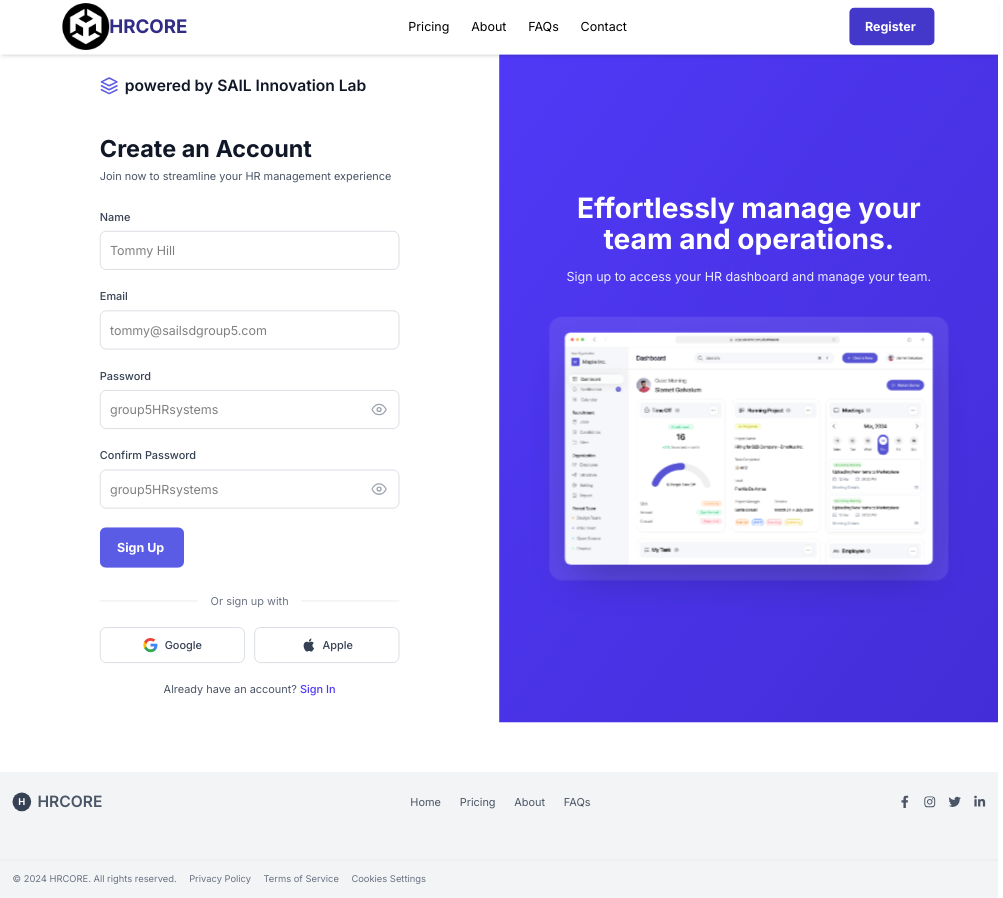
Repository: SAIL-GROUP-5-HR-WEB-APP/HR-WEB
Page: /signup
The author's editor kept a copy of each file at every save. The page is drawn from the files as they stood at one save, then again after the next save.
The browser window is 1280 px wide. The page is 1280 px wide, then 1286 px, then 1280 px, so the pictures cover 1286 px, including what lies to the right of the window. The pictures show the whole page, at 78% of full size.
The project was rebuilt for these pictures with package versions that can differ from the ones it lists, and the page was loaded fresh each time. Also part of the build but not shown: vite.config.ts, src/Components/Block/home/Hero.tsx, src/Components/Block/home/Companies.tsx, src/Components/Block/home/Body.tsx, src/Components/Block/home/HowItWorks.tsx, src/Components/Block/home/HowOne.tsx, src/Components/Block/home/HowTwo.tsx, src/Components/Block/home/Testimonial.tsx and 8 more.

Above is the page before, as saved 2025-08-09 17:16:39.

### index.html
<!DOCTYPE html>
<html lang="en">
  <head>
    <meta charset="UTF-8" />
    <link rel="icon" type="image/svg+xml" href="/vite.svg" />
    <meta name="viewport" content="width=device-width, initial-scale=1.0" />
    <title>Vite + React + TS</title>
    <link rel="preconnect" href="https://fonts.googleapis.com" />
    <link rel="preconnect" href="https://fonts.gstatic.com" crossorigin />
    <link
      href="https://fonts.googleapis.com/css2?family=Inter:ital,opsz,wght@0,14..32,100..900;1,14..32,100..900&display=swap"
      rel="stylesheet"
    />
  </head>
  <body>
    <div id="root"></div>
    <script type="module" src="/src/main.tsx"></script>
  </body>
</html>

### src/App.tsx
import React from "react";
import Home from "./Pages/Home";
import About from "./Pages/About";
import Pricing from "./Pages/Pricing";
import Faqs from "./Pages/Faqs";
import { BrowserRouter, Routes, Route } from "react-router-dom";
import Header from "./Static/Header";
import Footer from "./Static/Footer";
import LoginPage from "./Pages/LoginPage";
import SignupPage from "./Pages/SignupPage";
import Onboarding from "./Pages/Onboarding";
import Contact from "./Pages/Contact";

const App = () => {
  return (
    <div>
      <BrowserRouter>
        <Header />
        <Routes>
          <Route path="/" element={<Home />} />
          <Route path="/about" element={<About />} />
          <Route path="/pricing" element={<Pricing />} />
          <Route path="/faqs" element={<Faqs />} />
          <Route path="/login" element={<LoginPage />} />
          <Route path="/signup" element={<SignupPage />} />
          <Route path="/onboarding" element={<Onboarding />} />
          <Route path="/contact" element={<Contact />} />
        </Routes>
        <Footer />
      </BrowserRouter>
    </div>
  );
};

export default App;

### src/index.css
@tailwind base;
@tailwind components;
@tailwind utilities;

@import "tailwindcss";

@theme {
  --breakpoint-tablet: 800px;
  --breakpoint-mobile: 500px;
}

:root {
  line-height: 1.5;
  font-weight: 400;
}

body {
  margin: 0;
  font-family: "Inter", sans-serif;
}

### src/Static/Header.tsx
import React, { useState } from "react";
import { Link } from "react-router-dom";

import { RxHamburgerMenu, RxCross1 } from "react-icons/rx";
import Sidebar from "./Sidebar";
import logo from "../assets/hrlogo.png";
import Button from "../Components/Reuseable/Button";

const Header: React.FC = () => {
  const [toggle, setToggle] = useState(false);

  const handleToggle = () => {
    setToggle((prev) => !prev);
  };

  return (
    <header className="shadow-md h-[70px] fixed top-0 right-0 left-0 bg-white z-40">
      <div className="max-w-[1280px] mx-auto px-20 flex items-center justify-between py-1 ">
        <Link to="/">
          {" "}
          <div className="flex items-center">
            <img src={logo} alt="" className="w-[60px]" />
            <span className="font-bold text-2xl text-indigo-900">HRCORE</span>
          </div>
        </Link>

        <div className="flex gap-7 max-[990px]:hidden ">
          <Link to="/pricing">
            {" "}
            <nav>Pricing</nav>
          </Link>
          <Link to="/about">
            <nav>About</nav>
          </Link>
          <Link to="/faqs">
            {" "}
            <nav>FAQs</nav>
          </Link>
          <Link to="/contact">
            {" "}
            <nav>Contact</nav>
          </Link>
        </div>
        <div className="max-[990px]:hidden ">
          <Link to="/signup">
            <Button
              title="Register"
              bg="#4338CA"
              textColor="white"
              borderColor="white"
              hoverr=" hover:scale-105"
            />
          </Link>
        </div>
        <section className=" hidden max-[990px]:block">
          {toggle ? (
            <RxCross1 size={35} onClick={handleToggle} />
          ) : (
            <RxHamburgerMenu size={35} onClick={handleToggle} />
          )}
        </section>
      </div>
      <div>{toggle && <Sidebar handleToggle={handleToggle} />}</div>
    </header>
  );
};

export default Header;

### src/Static/Footer.tsx
import React from "react";
import {
  FaFacebookF,
  FaInstagram,
  FaTwitter,
  FaLinkedinIn,
} from "react-icons/fa";
import { Link } from "react-router-dom";
const Footer = () => {
  return (
    <footer className="bg-gray-100 text-gray-600 ">
      <div className="max-w-7xl mx-auto px-4 py-6 md:flex md:items-center md:justify-between">
        <Link to="/">
          <div className="flex items-center mb-3 md:mb-0">
            <div className="mr-2">
              <div className="bg-gray-700 rounded-full w-6 h-6 flex items-center justify-center text-white font-bold">
                <span className="text-xs">H</span>
              </div>
            </div>
            <span className="text-xl font-semibold">HRCORE</span>
          </div>
        </Link>
        <nav className="flex flex-wrap gap-6 text-sm justify-center md:justify-start mb-4 md:mb-0">
          <Link to="/">
            <nav className="hover:text-gray-900 ">Home</nav>
          </Link>
          <Link to="/pricing">
            <nav className="hover:text-gray-900">Pricing</nav>
          </Link>
          <Link to="/about">
            <nav className="hover:text-gray-900">About</nav>
          </Link>
          <Link to="/faqs">
            <nav className="hover:text-gray-900">FAQs</nav>
          </Link>
        </nav>
        <div className="flex space-x-4 justify-center md:justify-end">
          <a href="#" className="hover:text-gray-900">
            <FaFacebookF />
          </a>
          <a href="#" className="hover:text-gray-900">
            <FaInstagram />
          </a>
          <a href="#" className="hover:text-gray-900">
            <FaTwitter />
          </a>
          <a href="#" className="hover:text-gray-900">
            <FaLinkedinIn />
          </a>
        </div>
      </div>
      <div className="border-t border-gray-200  place-items-center mt-9">
        <div className="max-w-7xl mx-auto px-4 py-4 flex flex-col md:flex-row justify-center md:justify-between items-center text-xs text-gray-500 gap-2 ">
          <div className="flex gap-4  ">
            <p>&copy; 2024 HRCORE. All rights reserved.</p>
            <a href="#" className="hover:text-blue-700">
              Privacy Policy
            </a>
            <a href="#" className="hover:text-blue-700">
              Terms of Service
            </a>
            <a href="#" className="hover:text-blue-700">
              Cookies Settings
            </a>
          </div>
        </div>
      </div>
    </footer>
  );
};

export default Footer;

### src/Components/Reuseable/Button.tsx
interface ButtonProps {
  title: string;
  bg?: string;
  textColor?: string;
  borderColor?: string;
  hoverr?: string;
  icon?: React.ReactNode;
  hoverColor?: string;
}

const Button: React.FC<ButtonProps> = ({
  title,
  bg,
  textColor,
  borderColor,
  hoverr,
  icon,
  hoverColor,
}) => {
  return (
    <button
      style={{
        backgroundColor: `${bg}`,
        color: `${textColor}`,
        border: `2px solid ${borderColor}`,
      }}
      className={`px-5 py-3 rounded-lg flex items-center w-max transition-all duration-300 ${hoverr} font-bold cursor-pointer hover:${hoverColor}`}
    >
      <span> {title}</span>
      <span className="ml-1">{icon}</span>
    </button>
  );
};

export default Button;

### src/Components/Reuseable/Logo.tsx
import React, { memo } from 'react';

// Logo component for consistent branding across the HR-WEBAPP
const Logo: React.FC = () => {
  return (
    // Flex container for logo icon and text, with ARIA label for accessibility
    <div className="flex items-center gap-2" aria-label="Group5 HR logo">
      {/* SVG Logo Icon */}
      <svg width="24" height="24" viewBox="0 0 24 24" fill="none" aria-hidden="true">
        <path
          d="M12 2L2 7L12 12L22 7L12 2Z"
          stroke="#5B5CE6"
          strokeWidth="2"
          strokeLinecap="round"
          strokeLinejoin="round"
        />
        <path
          d="M2 17L12 22L22 17"
          stroke="#5B5CE6"
          strokeWidth="2"
          strokeLinecap="round"
          strokeLinejoin="round"
        />
        <path
          d="M2 12L12 17L22 12"
          stroke="#5B5CE6"
          strokeWidth="2"
          strokeLinecap="round"
          strokeLinejoin="round"
        />
      </svg>
      {/* Logo Text */}
      <span className="text-xl font-semibold text-gray-900">powered by SAIL Innovation Lab</span>
    </div>
  );
};

export default memo(Logo); // Memoize to prevent unnecessary re-renders

### src/Components/Reuseable/PasswordInput.tsx
import React, { memo } from 'react';

// Props interface for type safety
interface PasswordInputProps {
  label: string;
  id: string;
  name: string;
  placeholder: string;
  value: string;
  onChange: (e: React.ChangeEvent<HTMLInputElement>) => void;
  showPassword: boolean;
  toggleShowPassword: () => void;
  error?: string; // Optional error message for validation
}

// Reusable PasswordInput component with toggleable visibility
const PasswordInput: React.FC<PasswordInputProps> = ({
  label,
  id,
  name,
  placeholder,
  value,
  onChange,
  showPassword,
  toggleShowPassword,
  error,
}) => {
  return (
    // Flex container for label, input, and error message
    <div className="flex flex-col gap-2">
      <label htmlFor={id} className="text-sm font-medium text-gray-700">
        {label}
      </label>
      <div className="relative">
        {/* Password Input Field with ARIA attributes */}
        <input
          type={showPassword ? 'text' : 'password'}
          id={id}
          name={name}
          placeholder={placeholder}
          value={value}
          onChange={onChange}
          required
          aria-invalid={!!error}
          aria-describedby={error ? `${id}-error` : undefined}
          className={`p-3 border ${error ? 'border-red-500' : 'border-gray-300'} rounded-lg w-full focus:outline-none focus:ring-2 focus:ring-indigo-500 focus:border-indigo-500 transition`}
        />
        {/* Password Visibility Toggle Button */}
        <button
          type="button"
          onClick={toggleShowPassword}
          aria-label={showPassword ? 'Hide password' : 'Show password'}
          className="absolute right-3 top-1/2 transform -translate-y-1/2 p-1 hover:opacity-70"
        >
          <svg width="20" height="20" viewBox="0 0 24 24" fill="none" aria-hidden="true">
            <path
              d="M1 12S5 4 12 4S23 12 23 12S19 20 12 20S1 12 1 12Z"
              stroke="#9CA3AF"
              strokeWidth="2"
              strokeLinecap="round"
              strokeLinejoin="round"
            />
            <circle cx="12" cy="12" r="3" stroke="#9CA3AF" strokeWidth="2" />
          </svg>
        </button>
      </div>
      {/* Error Message */}
      {error && (
        <p id={`${id}-error`} className="text-sm text-red-500 mt-1">
          {error}
        </p>
      )}
    </div>
  );
};

export default memo(PasswordInput); // Memoize to prevent unnecessary re-renders

### src/Components/Reuseable/SocialButton.tsx
import React, { memo } from 'react';

// Props interface for type safety
interface SocialButtonProps {
  icon: React.ReactNode;
  text: string;
  onClick: () => void;
}

// Reusable SocialButton component for social login buttons
const SocialButton: React.FC<SocialButtonProps> = ({ icon, text, onClick }) => {
  return (
    // Button with flex layout, ARIA label for accessibility
    <button
      type="button"
      onClick={onClick}
      aria-label={`Sign up with ${text}`}
      className="flex-1 flex items-center justify-center gap-2 p-3 border border-gray-300 rounded-lg text-sm font-medium text-gray-700 hover:border-gray-400 hover:shadow-sm transition"
    >
      {icon}
      {text}
    </button>
  );
};

export default memo(SocialButton); // Memoize to prevent unnecessary re-renders

Loaded but not shown: src/main.tsx (common file); src/Pages/SignupPage.tsx (292 lines, source omitted)

After the next save:
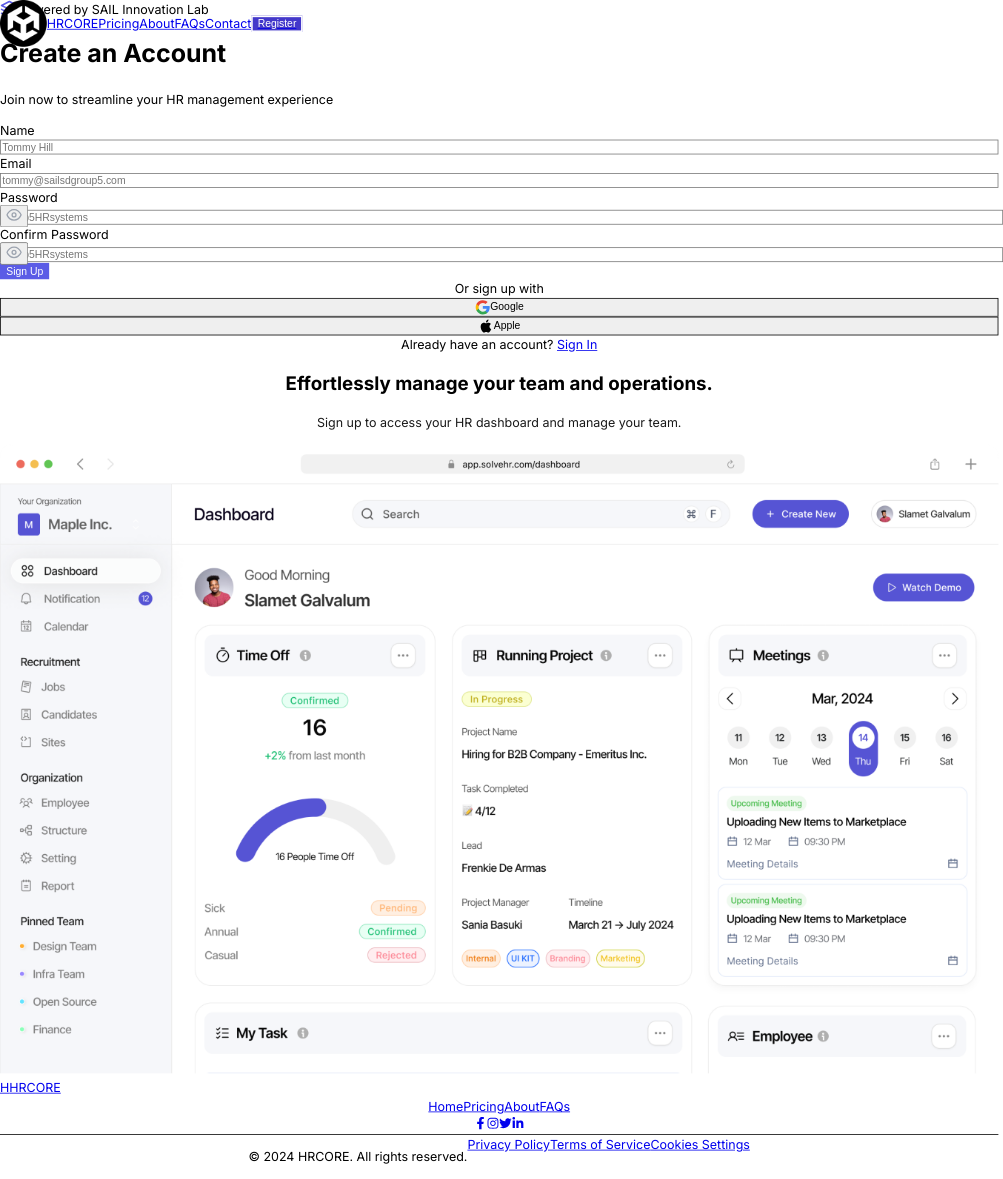
Saved 10 s later.
--- a/src/index.css
+++ b/src/index.css
@@ -2,7 +2,7 @@
 @tailwind components;
 @tailwind utilities;
 
-@import "tailwindcss";
+/* @import "tailwindcss"; */
 
 @theme {
   --breakpoint-tablet: 800px;

After the save that followed:
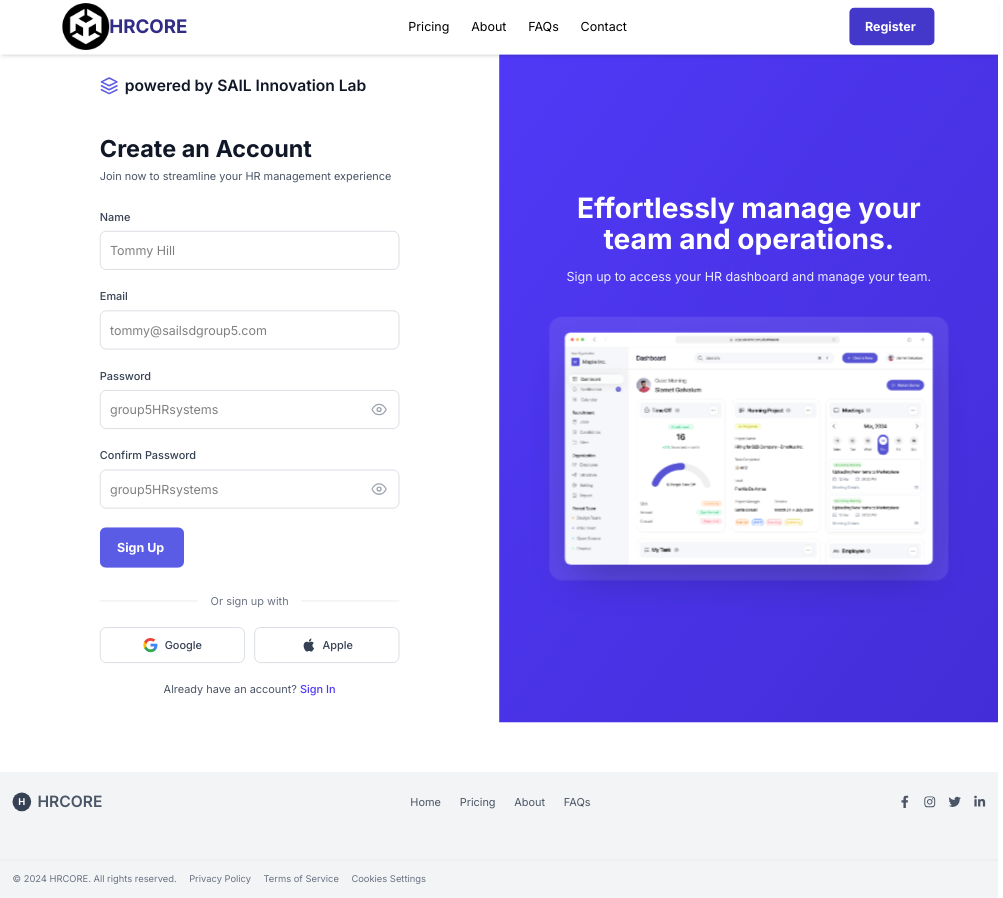
Saved 5 s later.
--- a/src/index.css
+++ b/src/index.css
@@ -2,7 +2,7 @@
 @tailwind components;
 @tailwind utilities;
 
-/* @import "tailwindcss"; */
+@import "tailwindcss";
 
 @theme {
   --breakpoint-tablet: 800px;
